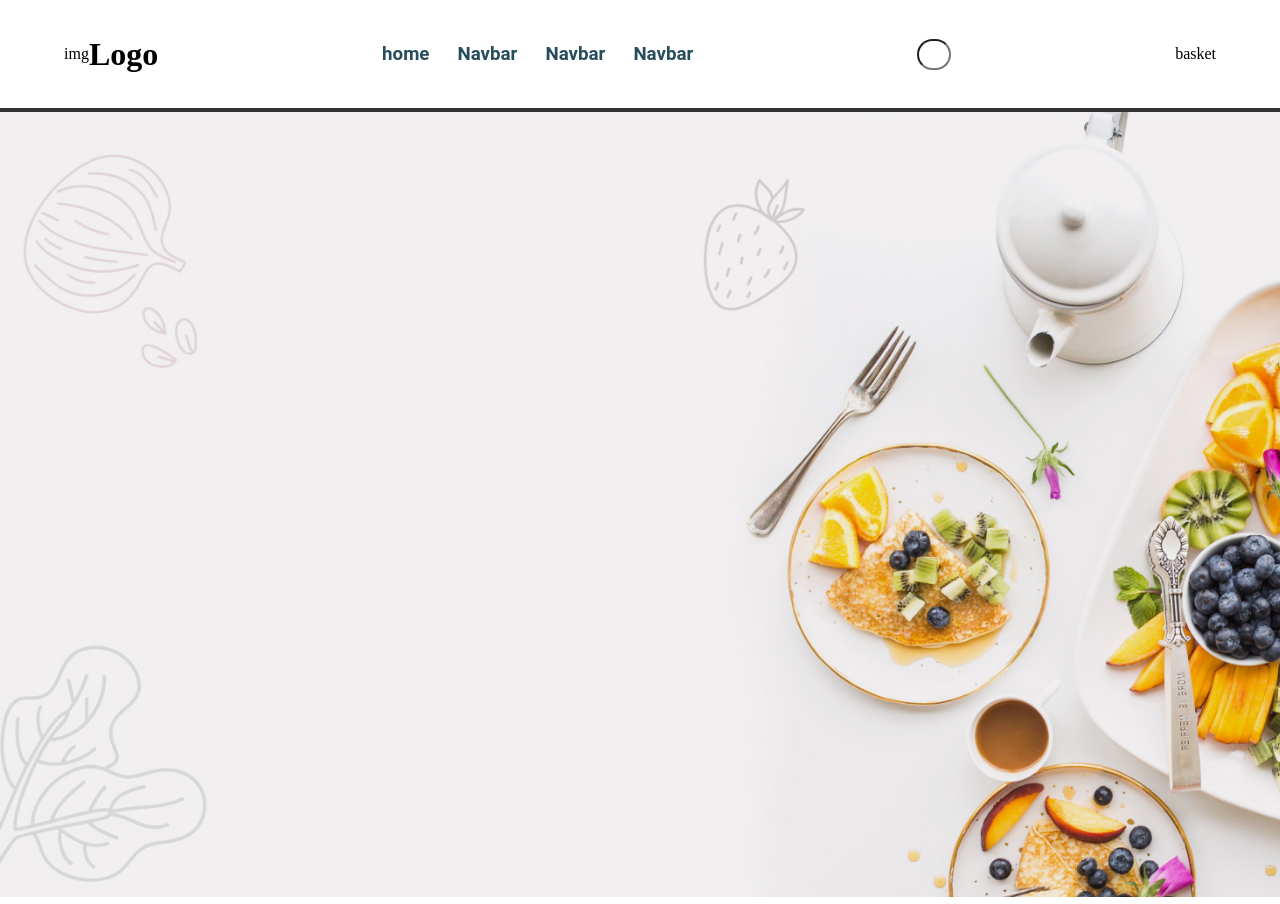
Repository: Islam432/Islam-and-Arsi---team
Page: /
The author's editor kept a copy of each file at every save. The page is drawn from the files as they stood at one save, then again after the next save.
The browser window is 1280 px wide. The pictures show the whole page.
The project was rebuilt for these pictures with package versions that can differ from the ones it lists, and the page was loaded fresh each time. Also part of the build but not shown: vite.config.js, src/App.css, src/components/Comp/Comp.jsx.

Above is the page before, as saved 2023-03-12 00:05:54.

After the next save:
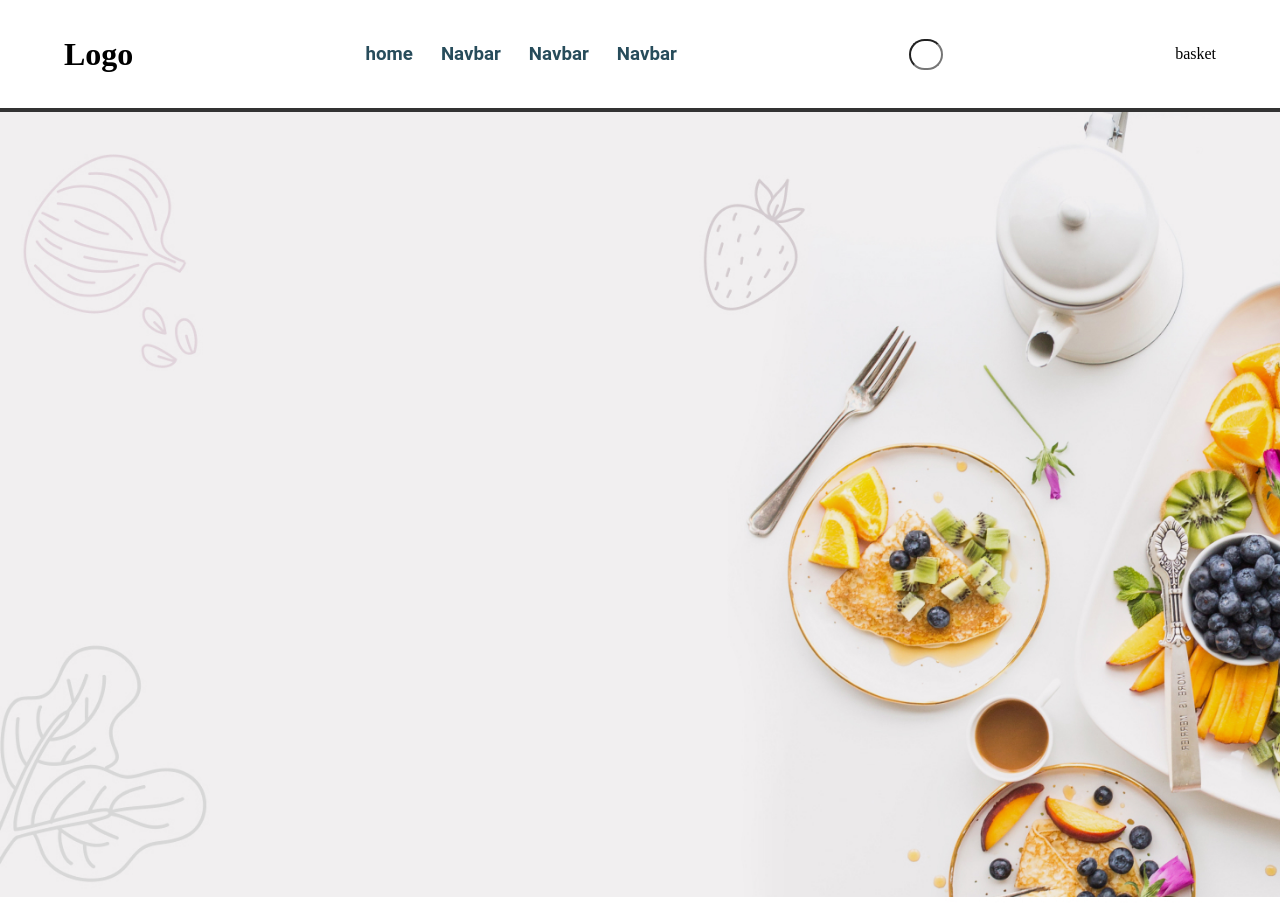
Saved 5 s later.
--- a/src/components/Navbar/Navbar.jsx
+++ b/src/components/Navbar/Navbar.jsx
@@ -6,7 +6,7 @@ export const Navbar = () => {
   return (
     <div className={styles.cont}>
       <form className={styles.allnav}>
-       <div className={styles.logo}>img <h1>Logo</h1></div>
+       <div className={styles.logo}><img src="" alt="" /> <h1>Logo</h1></div>
 
         <div className={styles.navbar}>
           <NavLink to={'/'} className={styles.NavLink}>
